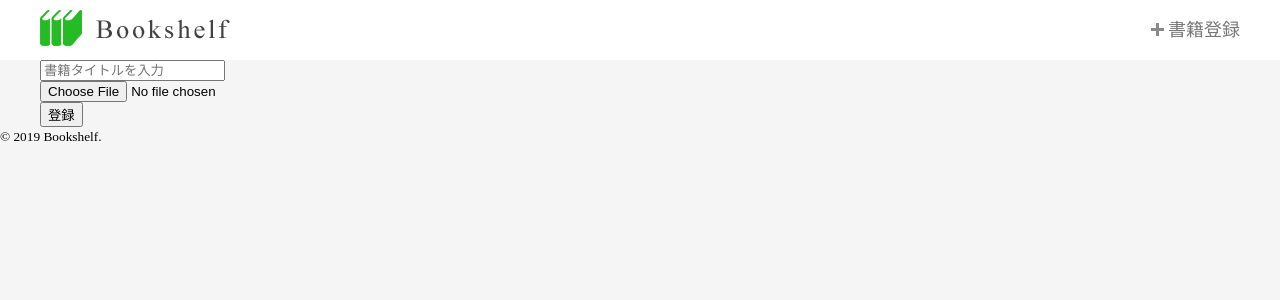
Repository: yuki-koike/bookshelf
Page: http://localhost/bookshelf_form.php
The author's editor kept a record of every edit. The page is drawn from the files as they stood at one moment, then again after the next edit.
The browser window is 1280 px wide. The pictures show the whole page.
The page is run by PHP 8.4 with error messages shown; the project is at /var/www/html/.

Above is the page before.

After the next edit:
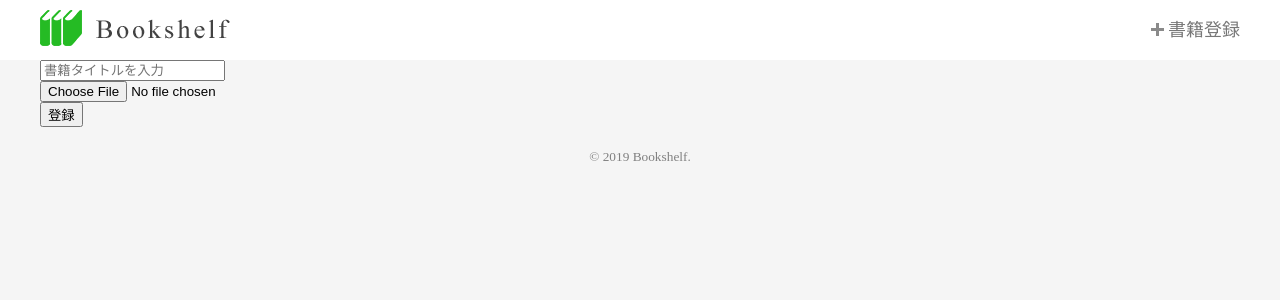
The edit:
--- a/bookshelf.css
+++ b/bookshelf.css
@@ -164,3 +164,9 @@
 .book_delete img {
     vertical-align: text-bottom;
 }
+
+footer {
+    padding: 20px 0;
+    text-align: center;
+    color: gray;
+}
